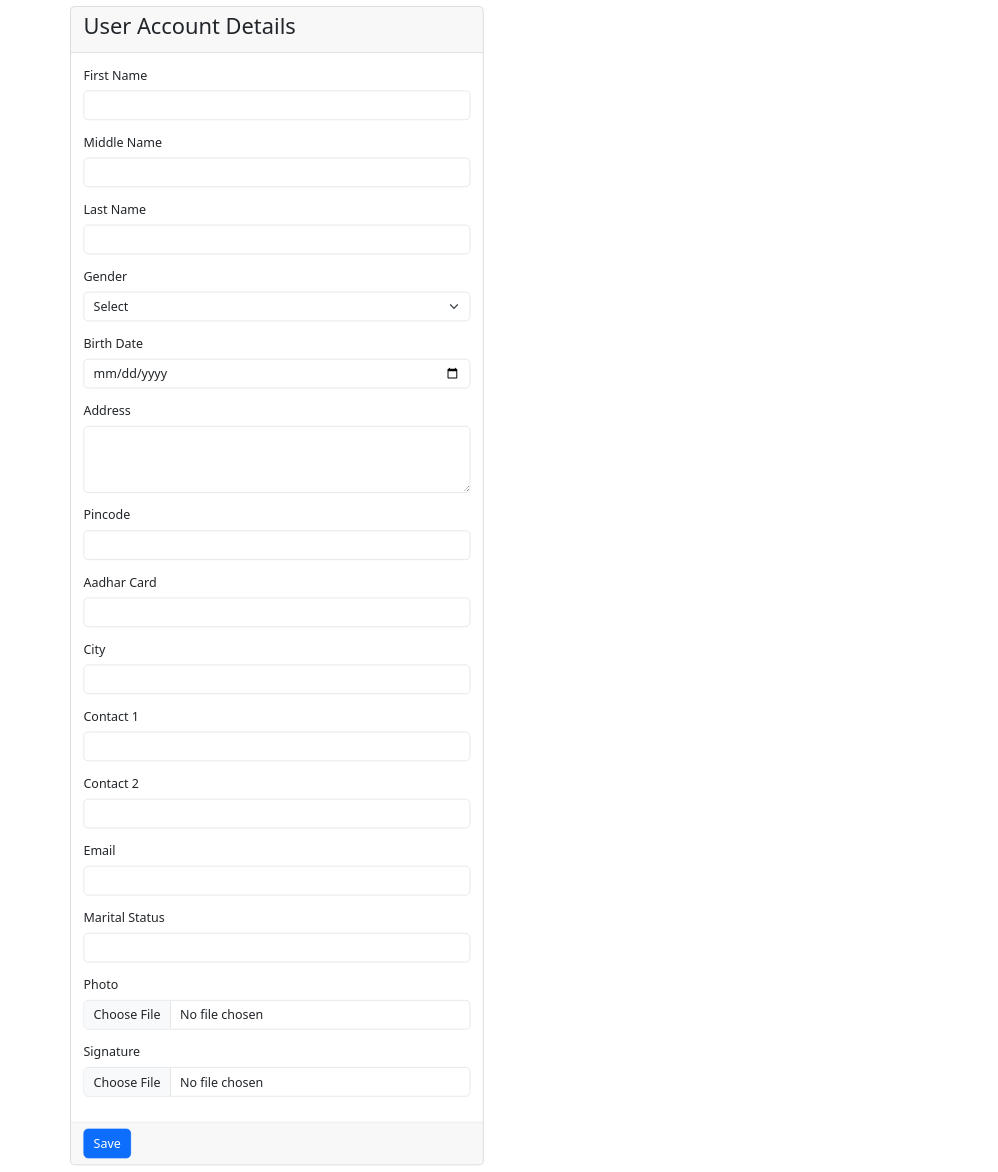
Repository: Sumitk345/MyBackendFiles
Page: http://localhost/User
An editor plug-in stored every save of this project. The page is shown before and after the next save, followed by the edit.
The browser window is 1280 px wide. The pictures show the whole page, at 78% of full size.
The page is this project's Thymeleaf template; nobody is signed in. The template is opened directly, without the code that normally fills it, so the values that code supplies are empty.

Above is the page before, as saved 2024-06-14 13:46:35.

### UserManagement/src/main/resources/templates/User.html
<!DOCTYPE html>
<html lang="en" xmlns:th="http://www.thymeleaf.org">
<head>
    <meta charset="UTF-8">
    <title>User Account Form</title>
    <link href="https://cdn.jsdelivr.net/npm/bootstrap@5.3.0/dist/css/bootstrap.min.css" rel="stylesheet" integrity="sha384-9ndCyUaIbzAi2FUVXJi0CjmCapSmO7SnpJef0486qhLnuZ2cdeRhO02iuK6FUUVM" crossorigin="anonymous">
</head>
<body>

<div class="container">
    <div class="row">
        <div class="col-md-6">
            <div class="card m-2">
                <div class="card-header">
                    <h3>User Account Details</h3>
                </div>
                <form method="POST" action="/user/save">
                    <div class="card-body">
                        <div class="mb-3">
                            <label for="firstName" class="form-label">First Name</label>
                            <input type="text" class="form-control" id="firstName" name="firstName" required>
                        </div>
                        <div class="mb-3">
                            <label for="middleName" class="form-label">Middle Name</label>
                            <input type="text" class="form-control" id="middleName" name="middleName">
                        </div>
                        <div class="mb-3">
                            <label for="lastName" class="form-label">Last Name</label>
                            <input type="text" class="form-control" id="lastName" name="lastName" required>
                        </div>
                        <div class="mb-3">
                            <label for="gender" class="form-label">Gender</label>
                            <select class="form-select" id="gender" name="gender" required>
                                <option value="">Select</option>
                                <option value="Male">Male</option>
                                <option value="Female">Female</option>
                                <option value="Other">Other</option>
                            </select>
                        </div>
                        <div class="mb-3">
                            <label for="birthDate" class="form-label">Birth Date</label>
                            <input type="date" class="form-control" id="birthDate" name="birthDate" required>
                        </div>
                        <div class="mb-3">
                            <label for="address" class="form-label">Address</label>
                            <textarea class="form-control" id="address" name="address" rows="3" required></textarea>
                        </div>
                        <div class="mb-3">
                            <label for="pincode" class="form-label">Pincode</label>
                            <input type="text" class="form-control" id="pincode" name="pincode" required>
                        </div>
                        <div class="mb-3">
                            <label for="aadharCard" class="form-label">Aadhar Card</label>
                            <input type="text" class="form-control" id="aadharCard" name="aadharCard" required>
                        </div>
                        <div class="mb-3">
                            <label for="city" class="form-label">City</label>
                            <input type="text" class="form-control" id="city" name="city" required>
                        </div>
                        <div class="mb-3">
                            <label for="contact1" class="form-label">Contact 1</label>
                            <input type="text" class="form-control" id="contact1" name="contact1" required>
                        </div>
                        <div class="mb-3">
                            <label for="contact2" class="form-label">Contact 2</label>
                            <input type="text" class="form-control" id="contact2" name="contact2">
                        </div>
                        <div class="mb-3">
                            <label for="email" class="form-label">Email</label>
                            <input type="email" class="form-control" id="email" name="email" required>
                        </div>
                        <div class="mb-3">
                            <label for="maritalStatus" class="form-label">Marital Status</label>
                            <input type="text" class="form-control" id="maritalStatus" name="maritalStatus">
                        </div>
                        <div class="mb-3">
                            <label for="photo" class="form-label">Photo</label>
                            <input type="file" class="form-control" id="photo" name="photo">
                        </div>
                        <div class="mb-3">
                            <label for="sign" class="form-label">Signature</label>
                            <input type="file" class="form-control" id="sign" name="sign">
                        </div>
                    </div>
                    <div class="card-footer">
                        <button type="submit" class="btn btn-primary">Save</button>
                    </div>
                </form>
            </div>
        </div>
    </div>
</div>

<script src="https://cdn.jsdelivr.net/npm/bootstrap@5.3.0/dist/js/bootstrap.bundle.min.js" integrity="sha384-geWF76RCwLtnZ8qwWowPQNguL3RmwHVBC9FhGdlKrxdiJJigb/j/68SIy3Te4Bkz" crossorigin="anonymous"></script>
</body>
</html>

After the next save:
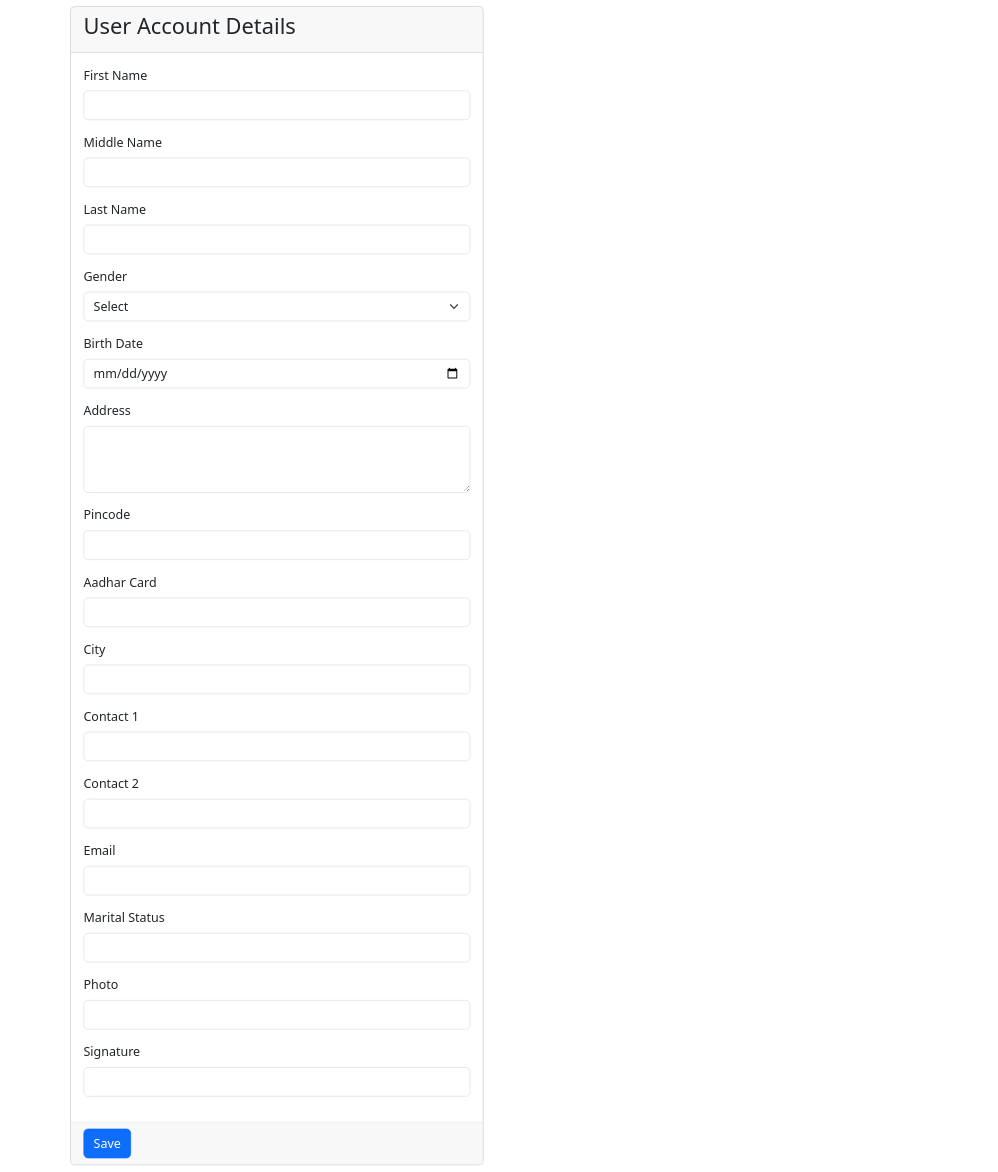
Saved 6 min 46 s later.
--- a/UserManagement/src/main/resources/templates/User.html
+++ b/UserManagement/src/main/resources/templates/User.html
@@ -75,11 +75,11 @@
                         </div>
                         <div class="mb-3">
                             <label for="photo" class="form-label">Photo</label>
-                            <input type="file" class="form-control" id="photo" name="photo">
+                            <input type="text" class="form-control" id="photo" name="photo">
                         </div>
                         <div class="mb-3">
                             <label for="sign" class="form-label">Signature</label>
-                            <input type="file" class="form-control" id="sign" name="sign">
+                            <input type="text" class="form-control" id="sign" name="sign">
                         </div>
                     </div>
                     <div class="card-footer">
